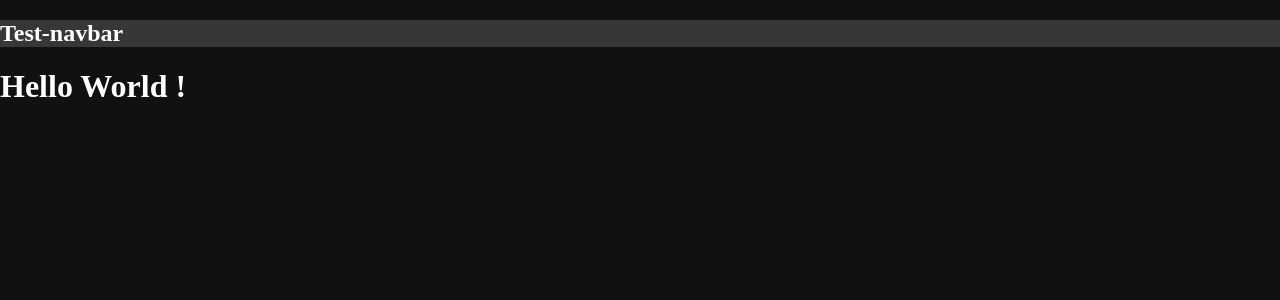
Repository: lolo298/lolo298.github.io
Page: index.html
These files come from the project's save history. The page is drawn as it stood at one moment and after a run of saves; the edit follows.
The browser window is 1280 px wide. The pictures show the whole page.

Above is the page before, as saved 2022-05-09 16:28:23.

### index.html
<!DOCTYPE html>
<html lang="en">

<head>
    <meta charset="UTF-8">
    <meta http-equiv="X-UA-Compatible" content="IE=edge">
    <meta name="viewport" content="width=device-width, initial-scale=1.0">
    <link rel="stylesheet" href="css/style.css">
    <title>Portfolio</title>
</head>

<body>
    <div class="main-container">
        <nav class="main-navbar">
            <h2>Test-navbar</h2>
        </nav>
        <h1>Hello World !</h1>

    </div>

</body>

</html>

### css/style.css
html {
    background-color: #111111;
    color: white;
}

.main-navbar {
    background-color: #373737;
    width
}

body,
.main-navbar {
    padding: 0;
    margin: 0;
}

After the next 2 saves:
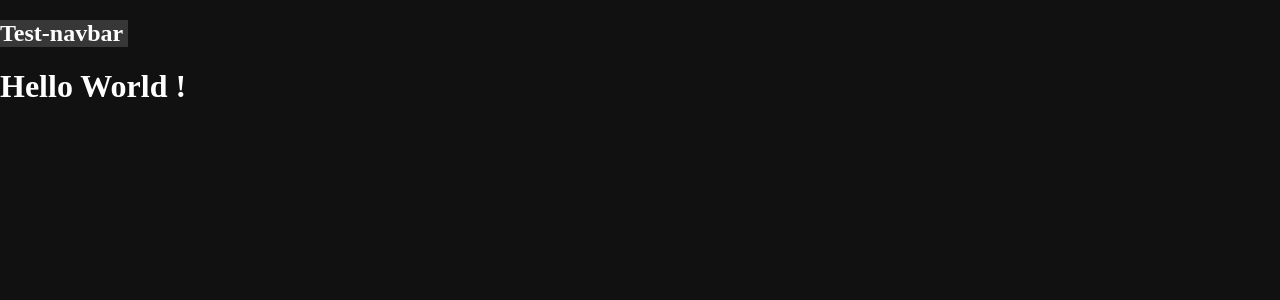
The 2 saves are shown as one change because they came seconds apart.
The last was saved 42 s later.
--- a/css/style.css
+++ b/css/style.css
@@ -5,7 +5,7 @@
 
 .main-navbar {
     background-color: #373737;
-    width
+    width: 10%;
 }
 
 body,

After the save that followed:
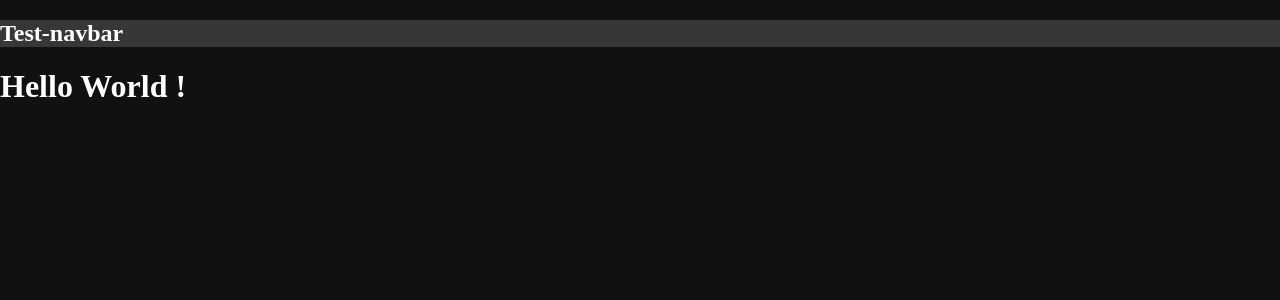
Saved 12 s later.
--- a/css/style.css
+++ b/css/style.css
@@ -5,7 +5,7 @@
 
 .main-navbar {
     background-color: #373737;
-    width: 10%;
+    height: 10%;
 }
 
 body,
